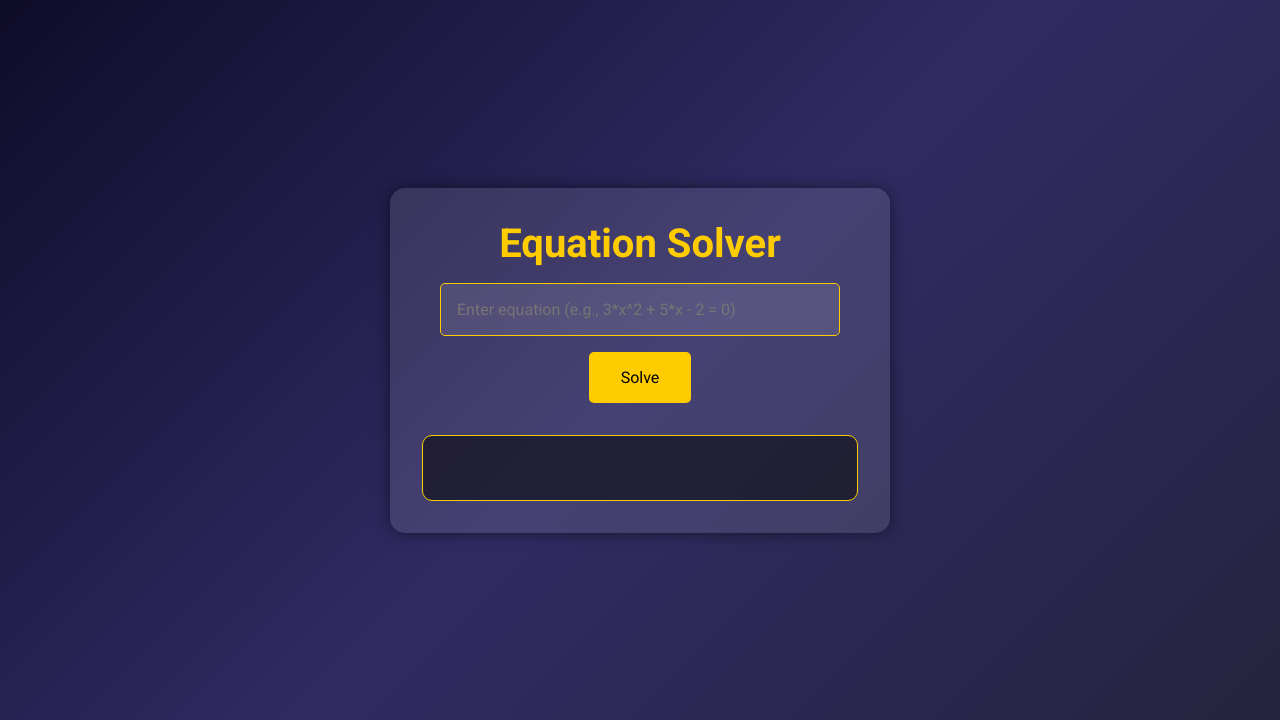
Repository: ngl-ankit/equation-solver
Page: index.html
These files come from the project's save history. The page is drawn as it stood at one moment and after the next save; the edit follows.
The browser window is 1280 px wide. The pictures show the whole page.

Above is the page before, as saved 2024-07-07 12:31:42.
Console error (its wording comes from the project's code and is left out).

After the next save:
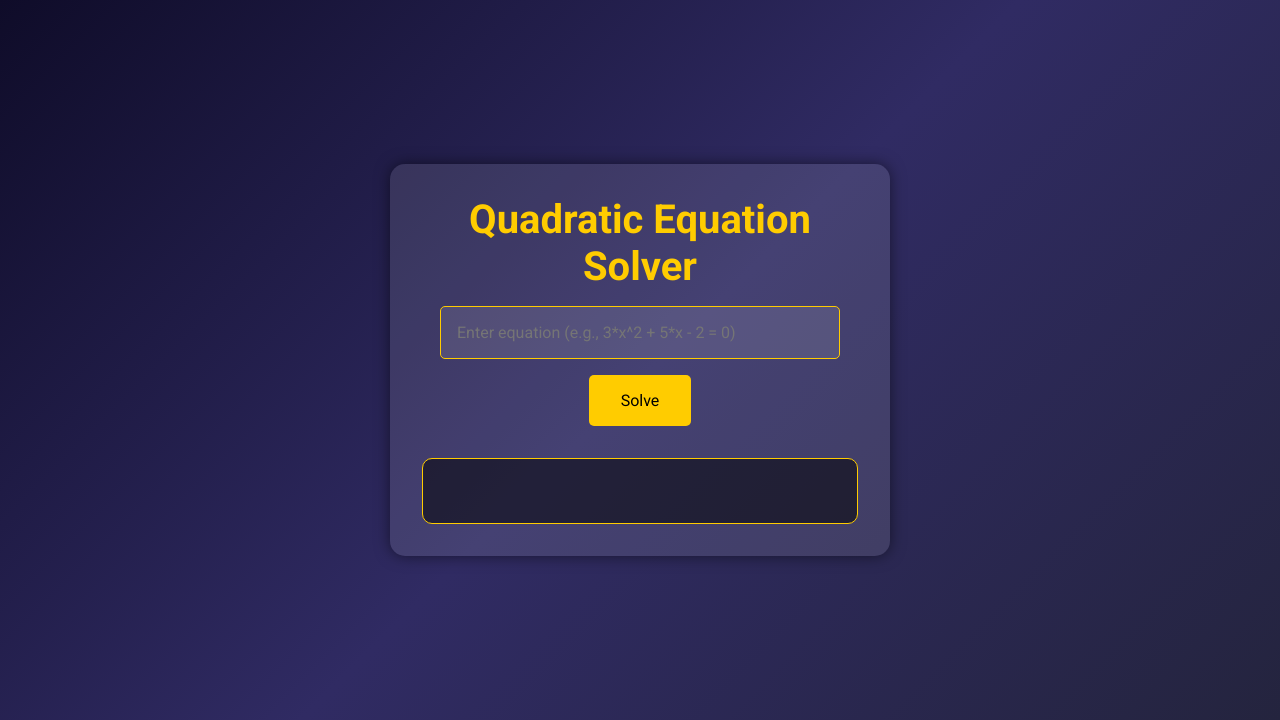
Saved 62 s later.
--- a/index.html
+++ b/index.html
@@ -3,12 +3,12 @@
   <head>
     <meta charset="UTF-8" />
     <meta name="viewport" content="width=device-width, initial-scale=1.0" />
-    <title>Advanced Equation Solver</title>
+    <title>Quadratic Equation Solver</title>
     <link rel="stylesheet" href="styles.css" />
   </head>
   <body>
     <div class="container">
-      <h1>Equation Solver</h1>
+      <h1>Quadratic Equation Solver</h1>
       <div class="form-container">
         <form id="equation-form">
           <input
